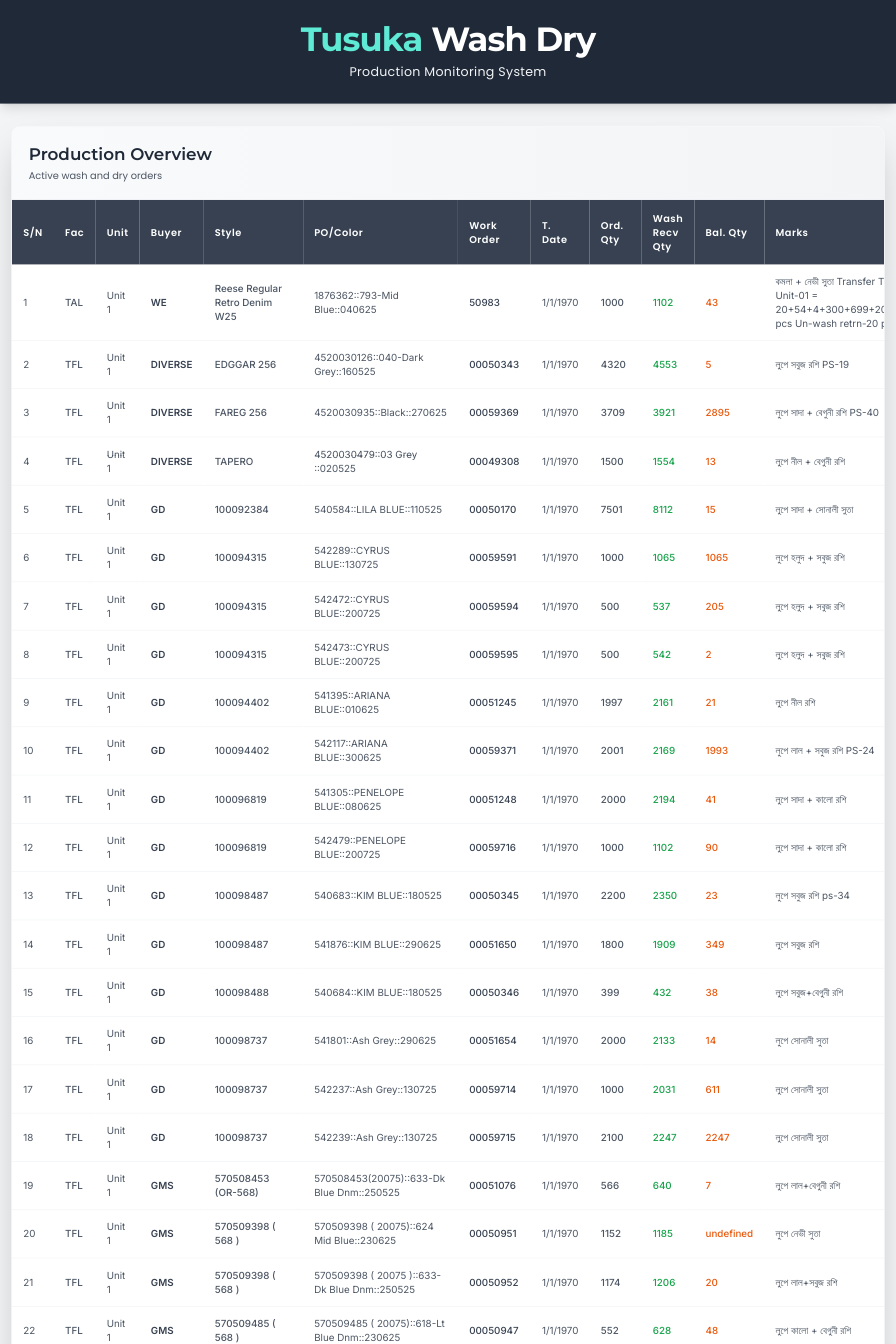
Repository: AhmedMuktadir14218/TusukaDryWash
Page: 1st Wash/index.html
An editor plug-in stored every save of this project. The page is shown before and after the next save, followed by the edit.
The browser window is 1280 px wide. The pictures show the part of the page from y = 0 to 1920 px (the page is 3031 px tall before and 4107 px after), at 70% of full size.
Some web libraries are served in a nearby version.

Above is the page before, as saved 2025-07-01 11:38:38.

After the next save:
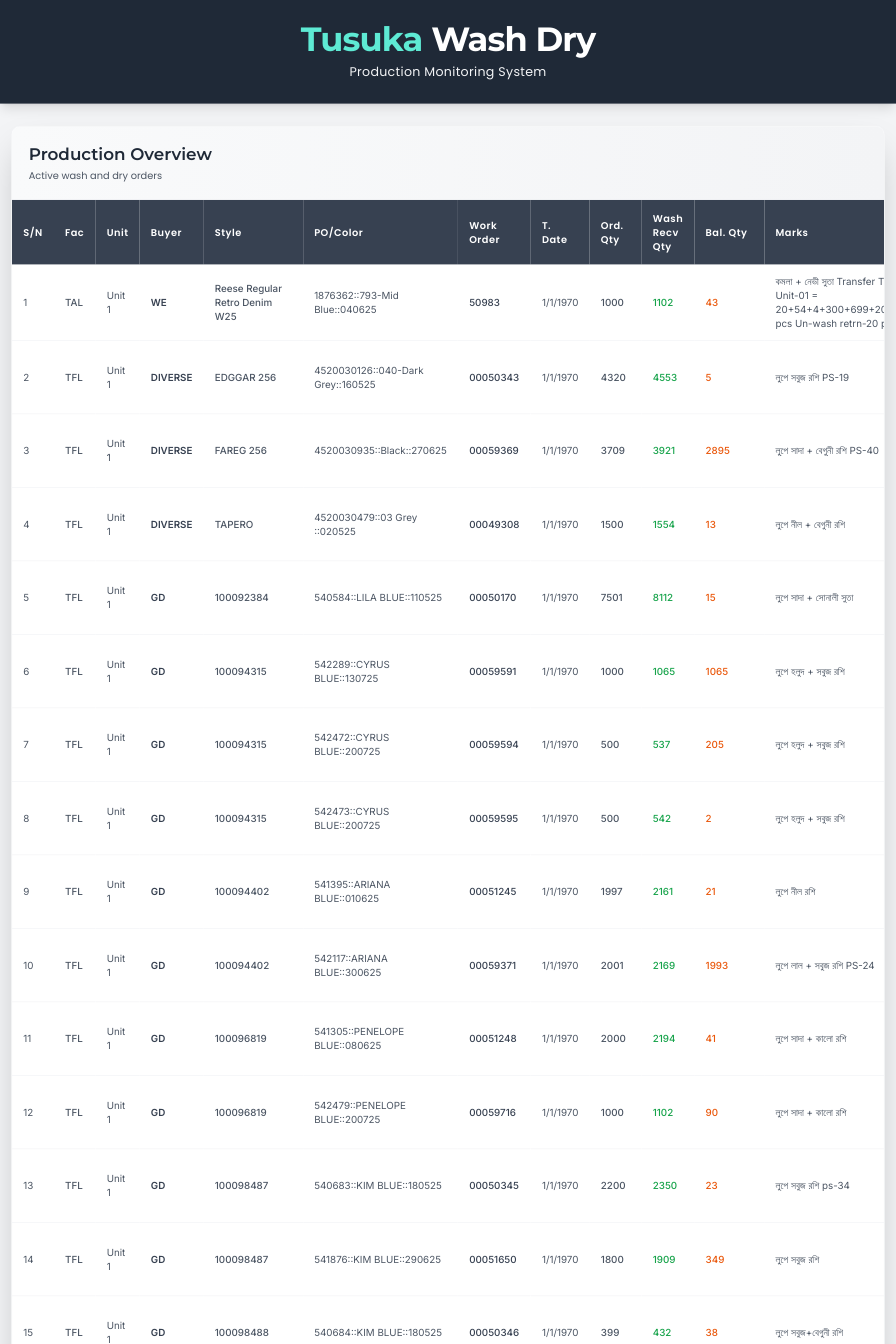
Saved 40 s later.
--- a/1st Wash/script.js
+++ b/1st Wash/script.js
@@ -37,7 +37,11 @@ function populateTable(data) {
             <td class="px-4 py-3.5 font-medium text-orange-600" data-label="Bal. Qty">${row[' Wash Balance From Received ']}</td>
             <td class="px-4 py-3.5 text-gray-600" data-label="Marks">${row.Marks}</td>
             <td class="px-4 py-3.5 font-medium text-gray-600" data-label="1st Wash Qty">0</td>
-
+            <td class="px-4 py-3.5">
+                                <button class="open-batch-modal-btn bg-gray-700 hover:bg-gray-800 text-white px-6 py-2 rounded-lg text-sm font-semibold tracking-wide transition-all duration-200 shadow-lg hover:shadow-xl transform hover:-translate-y-0.5">
+                                    1st Wash Batch
+                                </button>
+                            </td>
         `;
 
         tableBody.appendChild(tr);
